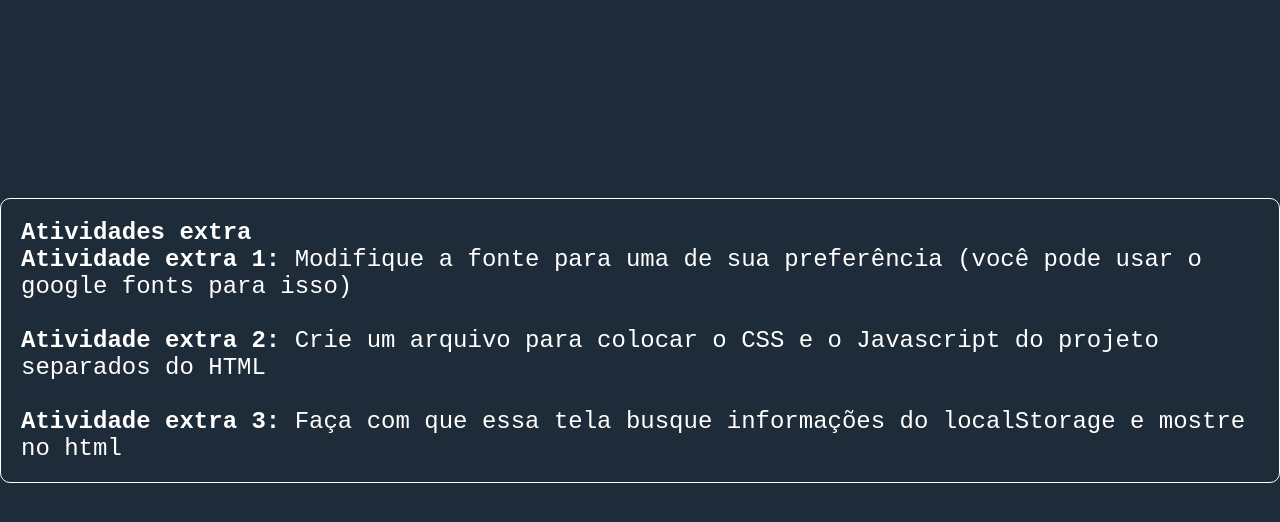
Repository: Gabrielb0rn/login-redes
Page: desafio-extra.html
The author's editor kept a copy of each file at every save. The page is drawn from the files as they stood at one save, then again after the next save.
The browser window is 1280 px wide. The pictures show the whole page.

Above is the page before, as saved 2024-09-11 11:01:09.

### desafio-extra.html
<!DOCTYPE html>
<html lang="pt-br">
<head>
    <meta charset="UTF-8">
    <meta name="viewport" content="width=device-width, initial-scale=1.0">
    <title>Senai Login</title>
    <link rel="stylesheet" href="assets/extra.css">
</head>
<body class="center-page">
  <div class="containter-betwen">
    <div>
      <h1>Atividades extra</h1>
      <p><b>Atividade extra 1:</b> Modifique a fonte para uma de sua preferência (você pode usar o google fonts para isso) </p>
      <br>
      <p><b>Atividade extra 2:</b> Crie um arquivo para colocar o CSS e o Javascript do projeto separados do HTML </p>
      <br>
      <p><b>Atividade extra 3:</b> Faça com que essa tela busque informações do localStorage e mostre no html </p>
    </div>
  </div>
  <script src="assets/extra.js"></script>
</body>
</html>

### assets/extra.css
* {
    margin: 0;
    font-size: 24px;
}

body{
    font-family: 'Courier New', Courier, monospace;
}

.center-page {
    display: flex;
    justify-content: center;
    align-items: center;
    height: 100vh;
    background-color: #1e2b38;
    color: #fff;
}

input {
    background-color: #17212B;
    border: 1px solid #1e2b38;
    color: #fff;
    padding: 7px;
    border-radius: 5px;
}

button {
    background-color: #fff;
    padding: 7px;
    border-radius: 50px;
    color: #000;
    border: 1px solid #444;
    width: 100px;
    cursor: pointer;
}

.btn-transparent {
  background-color: #ffffff00;
  color: #FFF;
  border: none;
  font-weight: 600;
}
.center {
  display: flex;
  justify-content: center;
  align-items: center;
}
.containter-betwen {
  display: flex;
  align-items: flex-end;
  margin-bottom: 40px;
  justify-content: space-between;
  padding: 20px;
  border-radius: 10px;
  border: 1px solid #fff;
}

Loaded but not shown: assets/extra.js (no stored copy; drawn as an empty file)

After the next save:
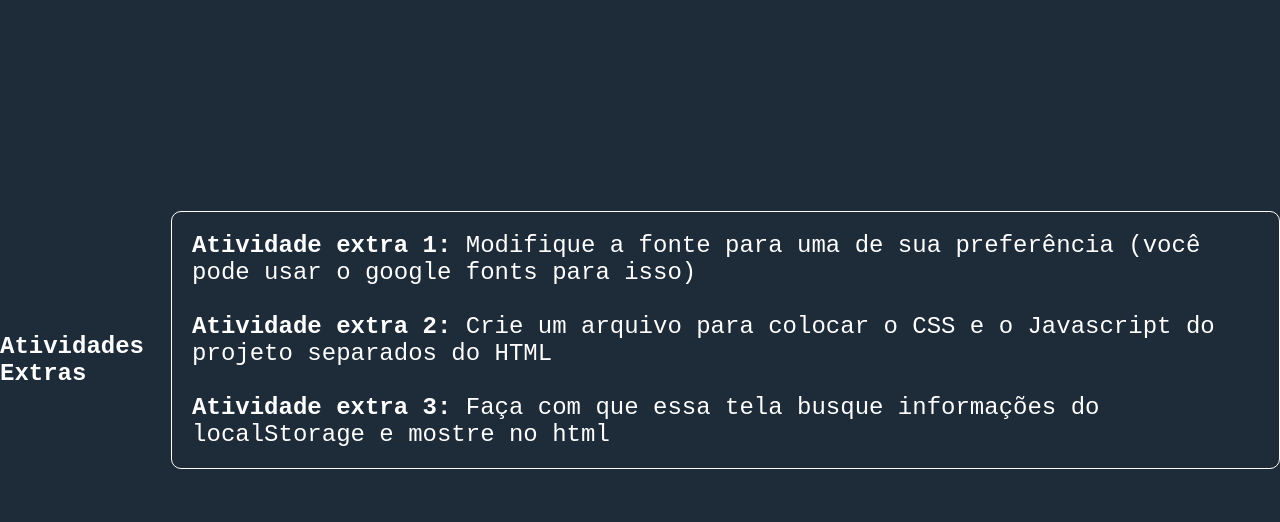
Saved 9 s later.
--- a/desafio-extra.html
+++ b/desafio-extra.html
@@ -7,9 +7,10 @@
     <link rel="stylesheet" href="assets/extra.css">
 </head>
 <body class="center-page">
+  <h1>Atividades Extras</h1>
   <div class="containter-betwen">
     <div>
-      <h1>Atividades extra</h1>
+
       <p><b>Atividade extra 1:</b> Modifique a fonte para uma de sua preferência (você pode usar o google fonts para isso) </p>
       <br>
       <p><b>Atividade extra 2:</b> Crie um arquivo para colocar o CSS e o Javascript do projeto separados do HTML </p>
